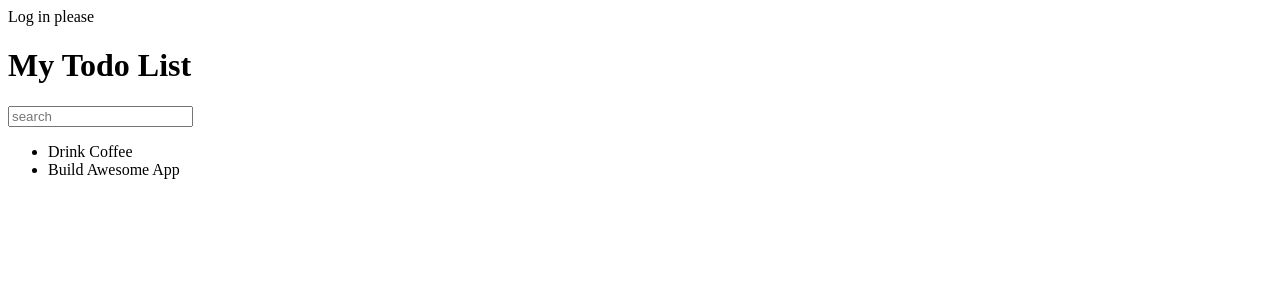
Repository: max535/react-todo-list
Page: /
These files come from the project's save history. The page is drawn as it stood at one moment and after the next save; the edit follows.
The browser window is 1280 px wide. The pictures show the whole page.
The project was rebuilt for these pictures with package versions that can differ from the ones it lists, and the page was loaded fresh each time.

Above is the page before, as saved 2022-01-15 21:04:49.

After the next save:
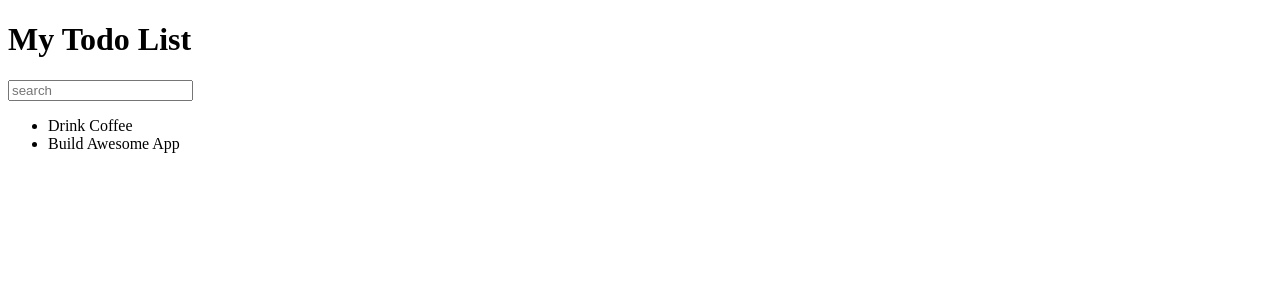
Saved 104 s later.
--- a/src/index.js
+++ b/src/index.js
@@ -21,11 +21,12 @@
 }
 
 const App = () => {
+    const isLoggedIn = true;
     const loginBox = <span>Log in please</span>
 
     return (
         <div>
-            {loginBox}
+            {isLoggedIn ? null : loginBox}
             <AppHeader />
             <SearchPanel />
             <ToddList />

After the save that followed:
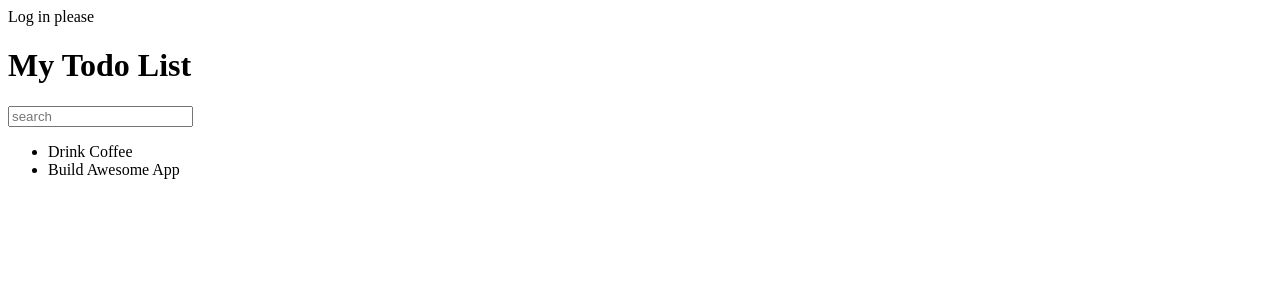
Saved 16 s later.
--- a/src/index.js
+++ b/src/index.js
@@ -21,7 +21,7 @@
 }
 
 const App = () => {
-    const isLoggedIn = true;
+    const isLoggedIn = false;
     const loginBox = <span>Log in please</span>
 
     return (
